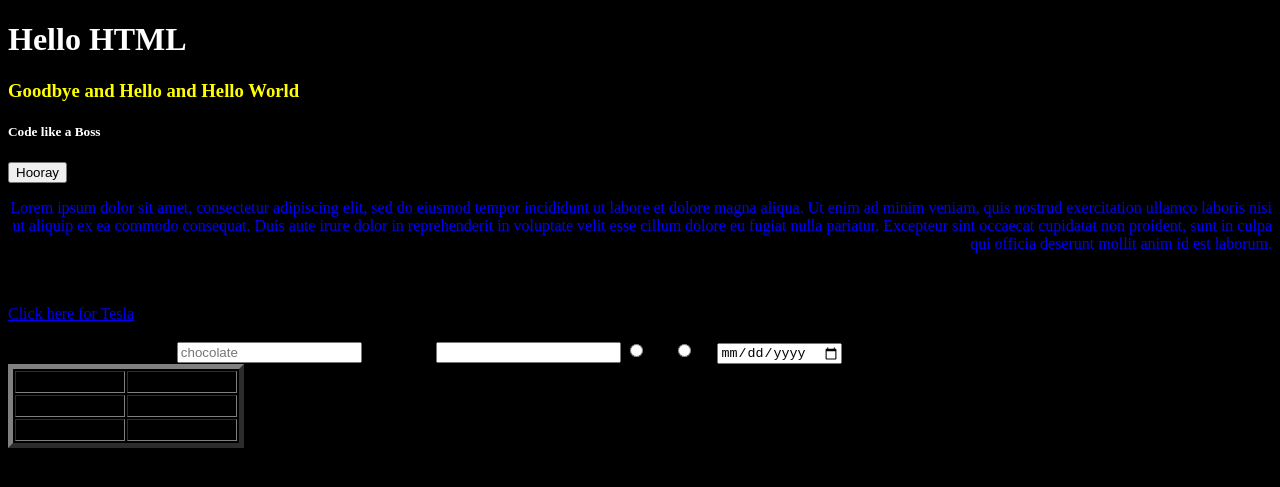
Repository: amilevich/1028PegaUSF
Page: workspace-sts-3.9.4.RELEASE/HelloHTML/src/main/webapp/index.html
An editor plug-in stored every save of this project. The page is shown before and after the next save, followed by the edit.
The browser window is 1280 px wide. The pictures show the whole page.

Above is the page before, as saved 2019-11-21 20:24:20.

### workspace-sts-3.9.4.RELEASE/HelloHTML/src/main/webapp/index.html
<!DOCTYPE html>
<html>
<head>
<meta charset="UTF-8">
<title>Super Amazing Web Page</title>
</head>
<body style= "background-color: black">
<div style="color: white">
	<h1>Hello HTML</h1>
	<h3 style="color:yellow">Goodbye and Hello and Hello World</h3>
	<h5>Code like a Boss</h5>
</div>
	<button>Hooray</button>

	<!-- span element is for inline elements and is usually used for small chunks of HTML vs div element is block-line and is used to group larger chunks of code -->

	<!-- This is a comment -->

	<p style= "color: blue; text-align: right" >Lorem ipsum dolor sit amet, consectetur adipiscing elit, sed do
		eiusmod tempor incididunt ut labore et dolore magna aliqua. Ut enim ad
		minim veniam, quis nostrud exercitation ullamco laboris nisi ut
		aliquip ex ea commodo consequat. Duis aute irure dolor in
		reprehenderit in voluptate velit esse cillum dolore eu fugiat nulla
		pariatur. Excepteur sint occaecat cupidatat non proident, sunt in
		culpa qui officia deserunt mollit anim id est laborum.</p>

		<img src="">

		<br/>
		<br/>

	<a href="tesla.com">Click here for Tesla</a>

	<br/>
	<br/>

	<form>
	Da Best ice-cream flavor:
	<input type="text" placeholder="chocolate"/>
	Password:
	<input type="password"/>
	<input type="radio"/>Yes
	<input type="radio"/>No
	<input type="date"/>
	</form>

	<table border="5">
	<tr>
		<th>Left</th>
		<th>Right</th>
	</tr>
	<tr>
		<td>Row1, Column1</td>
		<td>Row1, Column1</td>
	</tr>
	<tr>
		<td>Row1, Column1</td>
		<td>Row1, Column1</td>
	</tr>
	</table>

</body>
</html>

After the next save:
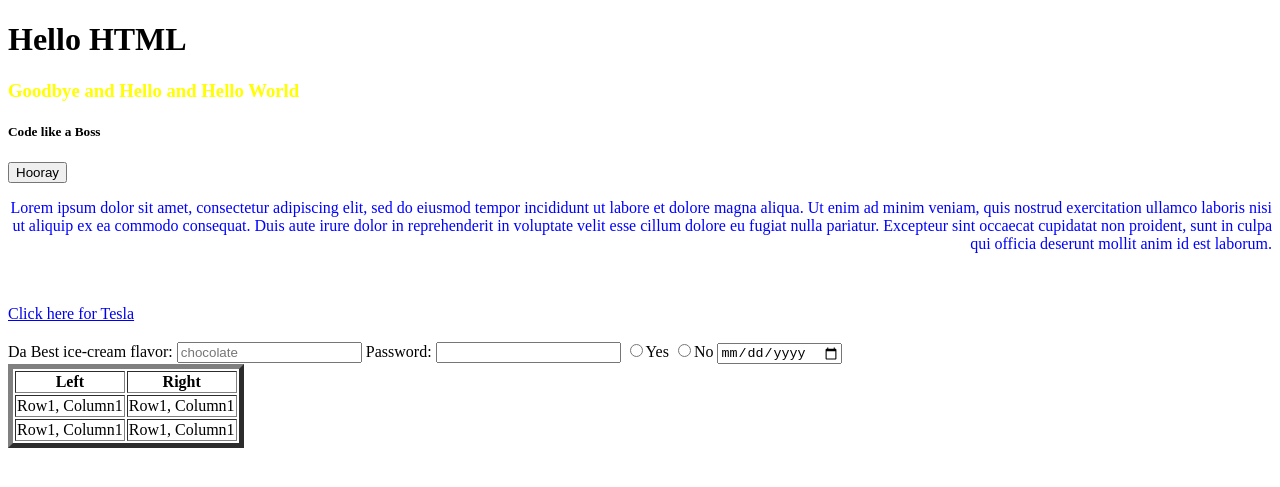
Saved 14 s later.
--- a/workspace-sts-3.9.4.RELEASE/HelloHTML/src/main/webapp/index.html
+++ b/workspace-sts-3.9.4.RELEASE/HelloHTML/src/main/webapp/index.html
@@ -4,8 +4,8 @@
 <meta charset="UTF-8">
 <title>Super Amazing Web Page</title>
 </head>
-<body style= "background-color: black">
-<div style="color: white">
+<body style= "background-color: white">
+<div style="color: black">
 	<h1>Hello HTML</h1>
 	<h3 style="color:yellow">Goodbye and Hello and Hello World</h3>
 	<h5>Code like a Boss</h5>
